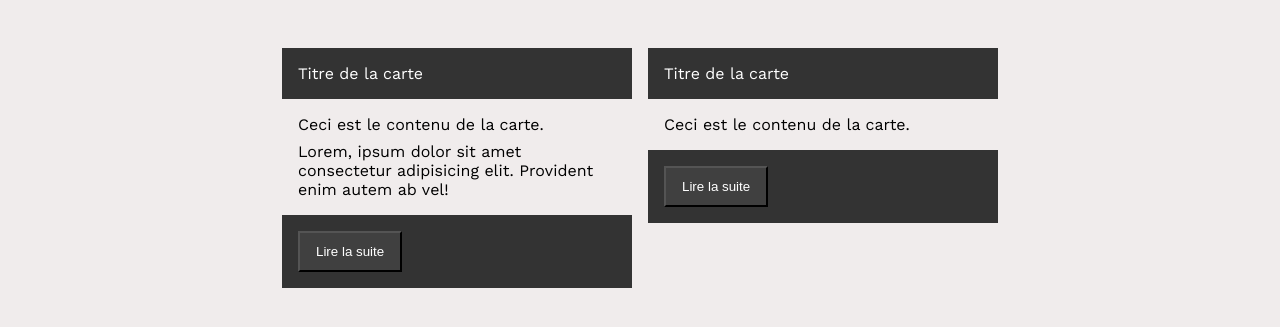
Repository: b3no1t/SASS--the-beginning
Page: exercices/cards/index.html
The author's editor kept a copy of each file at every save. The page is drawn from the files as they stood at one save, then again after the next save.
The browser window is 1280 px wide. The pictures show the whole page.

Above is the page before, as saved 2025-02-03 10:48:02.

### exercices/cards/index.html
<!DOCTYPE html>
<html lang="fr">
  <head>
    <meta charset="UTF-8" />
    <meta name="viewport" content="width=device-width, initial-scale=1.0" />
    <meta name="author" content="Benoit Lepage" />
    <link rel="stylesheet" href="./assets/styles/main-prod.css">
    <title>Cards, a combination of BEM and SASS</title>
  </head>
  <body>
<div class="cards">

    <div class="card">
      <div class="card__header">
        Titre de la carte
      </div>
      <div class="card__body">
       <p> Ceci est le contenu de la carte.</p>

        <p>Lorem, ipsum dolor sit amet consectetur adipisicing elit. Provident enim autem ab vel!</p>
      </div>

      <div class="card__footer">
        <button class="card__button">
          Lire la suite
        </button>
      </div>
    </div>

    <div class="card">
      <div class="card__header">
        Titre de la carte
      </div>
      <div class="card__body">
        Ceci est le contenu de la carte.
      </div>
      <div class="card__footer">
        <button class="card__button">
          Lire la suite
        </button>
      </div>
    </div>

  </div>
  </body>
</html>

### exercices/cards/assets/styles/main-prod.css
@import url("https://fonts.googleapis.com/css2?family=Work+Sans:ital,wght@0,100..900;1,100..900&display=swap");
.card {
  width: 350px; /* pour la demo */
}
.card__header {
  background-color: #333;
  color: #fff;
  padding: 1rem;
}
.card__body {
  padding: 1em;
}
.card__body > * + * {
  margin-top: 0.5em;
}
.card__footer {
  background-color: #333;
  color: #fff;
  padding: 1rem;
}

.card__button {
  text-decoration: none;
  display: inline-block;
  color: #fff;
  padding: 0.7rem 1rem;
  background-color: hsl(0, 0%, 25%);
  transition: background-color 250ms ease-in-out;
}
.card__button:hover {
  background-color: hsl(0, 0%, 65%);
}

*, *::before, *::after {
  box-sizing: border-box;
  margin: 0;
  padding: 0;
}

body {
  font-family: "Work Sans", sans-serif;
  background-color: #f0ecec;
}

.cards {
  margin-top: 3em;
  display: flex;
  flex-wrap: wrap;
  gap: 1em;
  justify-content: center;
}

/*# sourceMappingURL=main-prod.css.map */

After the next save:
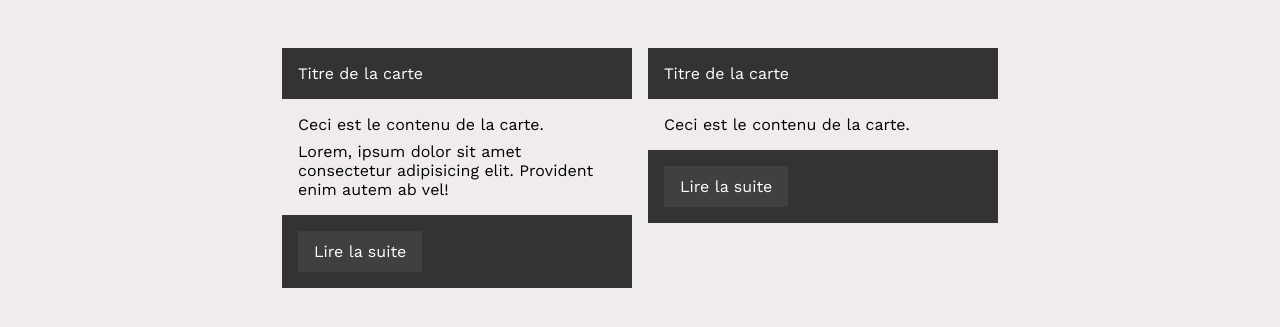
Saved 17 min 21 s later.
--- a/exercices/cards/index.html
+++ b/exercices/cards/index.html
@@ -21,9 +21,9 @@
       </div>
 
       <div class="card__footer">
-        <button class="card__button">
+        <a class="card__button" href="#">
           Lire la suite
-        </button>
+        </a>
       </div>
     </div>
 
@@ -35,9 +35,9 @@
         Ceci est le contenu de la carte.
       </div>
       <div class="card__footer">
-        <button class="card__button">
+        <a class="card__button" href="#">
           Lire la suite
-        </button>
+        </a>
       </div>
     </div>
 
